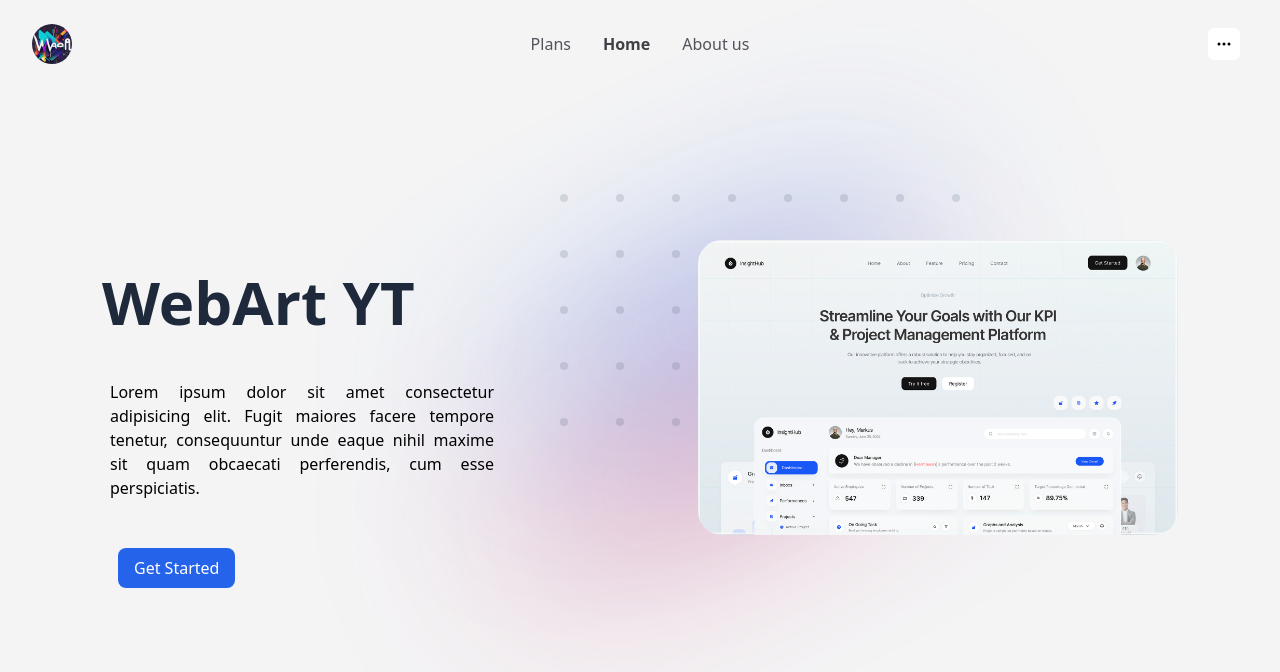
Repository: 30namp/youtube-web-art-code
Page: stunning landing page 1/index.html
The author's editor kept a copy of each file at every save. The page is drawn from the files as they stood at one save, then again after the next save.
The browser window is 1280 px wide. The pictures show the whole page.

Above is the page before, as saved 2024-09-26 21:19:59.

After the next save:
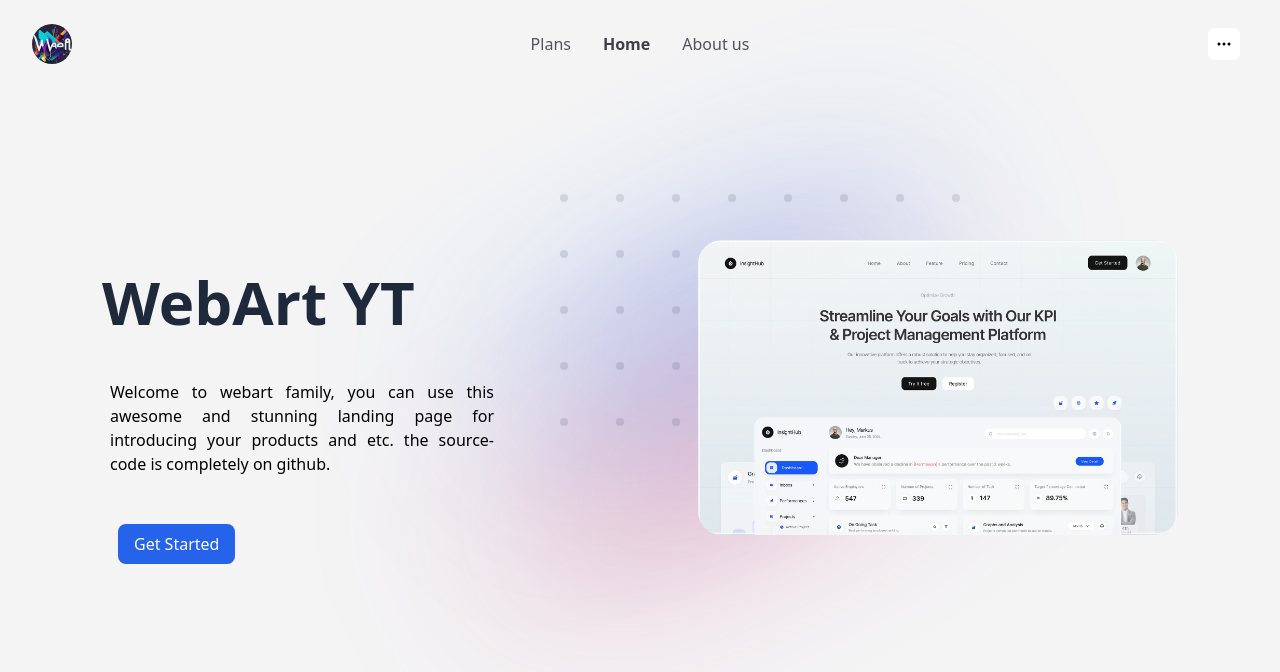
Saved 73 s later.
--- a/stunning landing page 1/index.html
+++ b/stunning landing page 1/index.html
@@ -95,9 +95,9 @@
       <div class="content flex flex-col items-start gap-12 pt-8">
         <h1 class="text-6xl font-bold text-slate-800">WebArt YT</h1>
         <p class="description w-96 ml-2 text-justify">
-          Lorem ipsum dolor sit amet consectetur adipisicing elit. Fugit maiores
-          facere tempore tenetur, consequuntur unde eaque nihil maxime sit quam
-          obcaecati perferendis, cum esse perspiciatis.
+          Welcome to webart family, you can use this awesome and stunning
+          landing page for introducing your products and etc. the source-code is
+          completely on github.
         </p>
         <button
           class="ml-4 px-4 py-2 rounded-lg bg-blue-600 text-white hover:scale-105 active:scale-100 transition"
